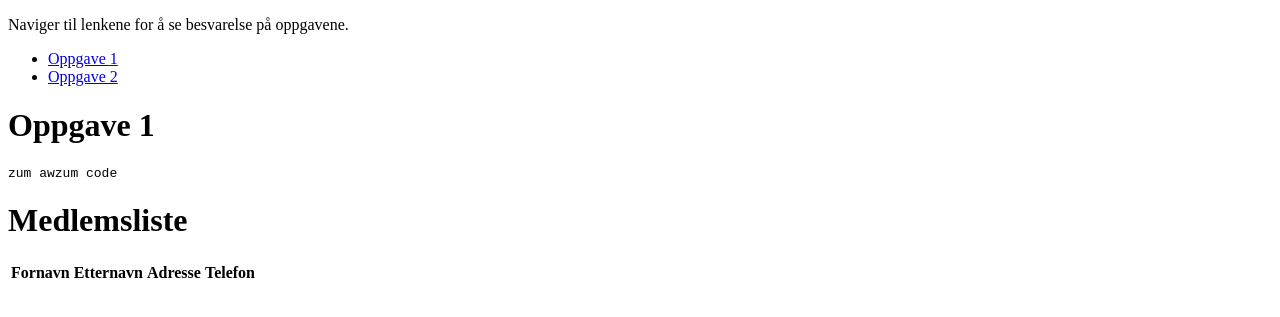
Repository: superdids/DAT152
Page: Oblig1/WebContent/index.html
An editor plug-in stored every save of this project. The page is shown before and after the next save, followed by the edit.
The browser window is 1280 px wide. The pictures show the whole page.

Above is the page before, as saved 2015-09-06 15:02:28.

### Oblig1/WebContent/index.html
<!DOCTYPE html>
<html>
<head>
<meta charset="UTF-8">
<script type="text/javascript" src="js/fil.js"></script>
<!-- <link href="css/style.css" rel="stylesheet" type="text/css" /> -->
<title>Hovedside</title>
</head>
<body>

<p>Naviger til lenkene for å se besvarelse på oppgavene.</p>
<ul>
<li><a href="oppgave01.html">Oppgave 1</a></li>
<li><a href="oppgave02.html">Oppgave 2</a></li>
</ul>

<h1>Oppgave 1</h1>

	<pre>zum awzum code</pre>
	<h1>Medlemsliste</h1>
	<table id="memberList">
		<tr>
			<th>Fornavn</th>
			<th>Etternavn</th>
			<th>Adresse</th>
			<th>Telefon</th>
			<th></th>
			<th></th>
		</tr>
	</table>




</body>
</html>

Loaded but not shown: Oblig1/WebContent/js/fil.js (common file)

After the next save:
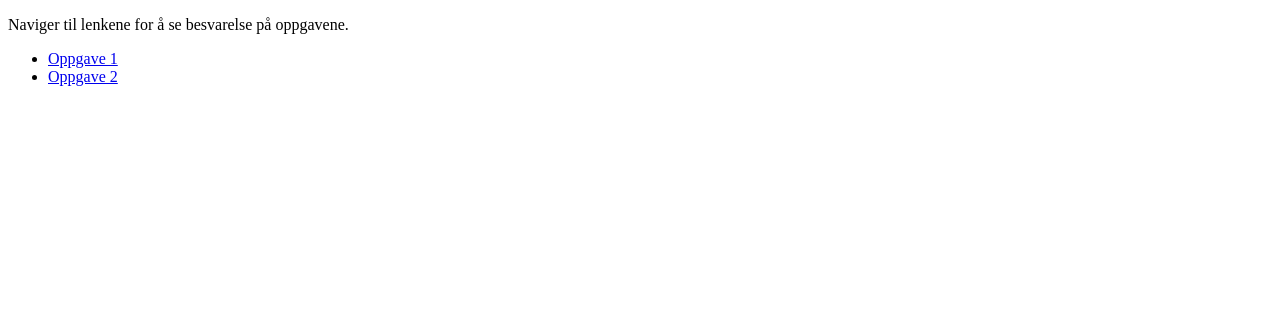
Saved 10 s later.
--- a/Oblig1/WebContent/index.html
+++ b/Oblig1/WebContent/index.html
@@ -14,20 +14,7 @@
 <li><a href="oppgave02.html">Oppgave 2</a></li>
 </ul>
 
-<h1>Oppgave 1</h1>
 
-	<pre>zum awzum code</pre>
-	<h1>Medlemsliste</h1>
-	<table id="memberList">
-		<tr>
-			<th>Fornavn</th>
-			<th>Etternavn</th>
-			<th>Adresse</th>
-			<th>Telefon</th>
-			<th></th>
-			<th></th>
-		</tr>
-	</table>
 
 
 
